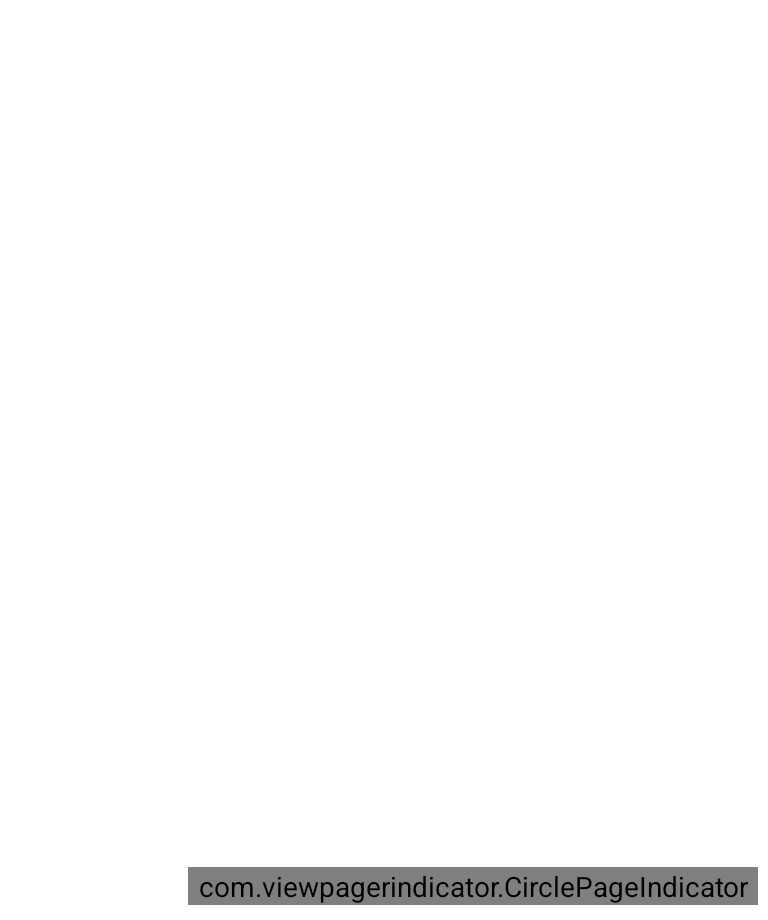
Repository: yangxiyucs/ZHBJ
Layout: ADT_ZHBJ74/ZHBJ/res/layout/pager_tab_detail.xml
The author's editor kept a copy of each file at every save. The layout is drawn from the files as they stood at one save, then again after the next save.
The pictures show rows 360 to 1280 of an output 1280 px tall.
Pictures or frames that could not be fetched are drawn as grey boxes. It is drawn on a 768 x 1280 px phone screen (xhdpi) without system bars, with theme AppTheme; the app's code is not run.

Above is the layout before, as saved 2016-10-24 22:02:58.

After the next save:
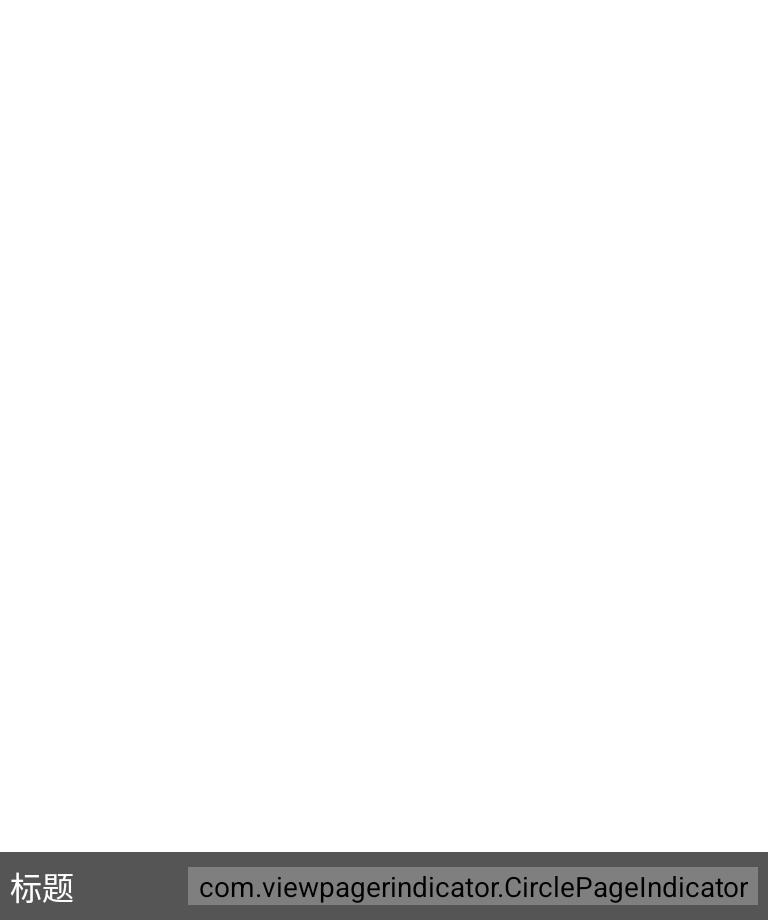
Saved 3 min 51 s later.
--- a/ADT_ZHBJ74/ZHBJ/res/layout/pager_tab_detail.xml
+++ b/ADT_ZHBJ74/ZHBJ/res/layout/pager_tab_detail.xml
@@ -13,8 +13,10 @@
     <RelativeLayout
         android:layout_width="match_parent"
         android:layout_height="wrap_content"
+        android:padding="5dp"
+        android:background="#a000"
         android:layout_gravity="bottom"
-        android:padding="5dp" >
+        >
 
         <TextView
             android:id="@+id/tv_title"
